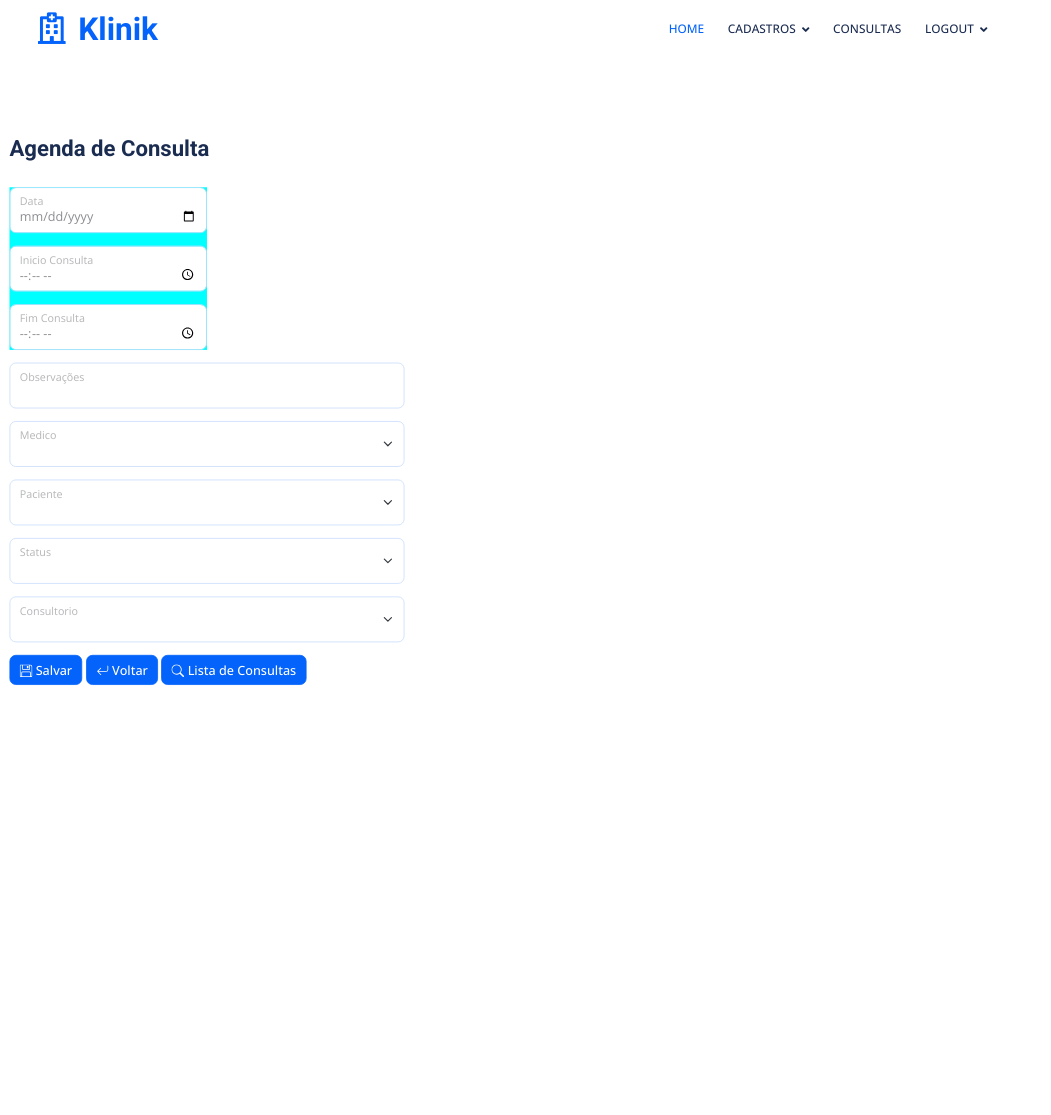
Repository: henrickrufino91/AgendaConsultas
Page: http://localhost/consulta/novaConsulta
The author's editor kept a copy of each file at every save. The page is drawn from the files as they stood at one save, then again after the next save.
The browser window is 1280 px wide. The page is 1331 px wide, so the pictures cover 1331 px, including what lies to the right of the window. The pictures show the whole page, at 79% of full size.
Some web libraries are served in a nearby version. The page is this project's Thymeleaf template; nobody is signed in. The template is opened directly, without the code that normally fills it, so the values that code supplies are empty.

Above is the page before, as saved 2024-12-27 03:54:32.

After the next save:
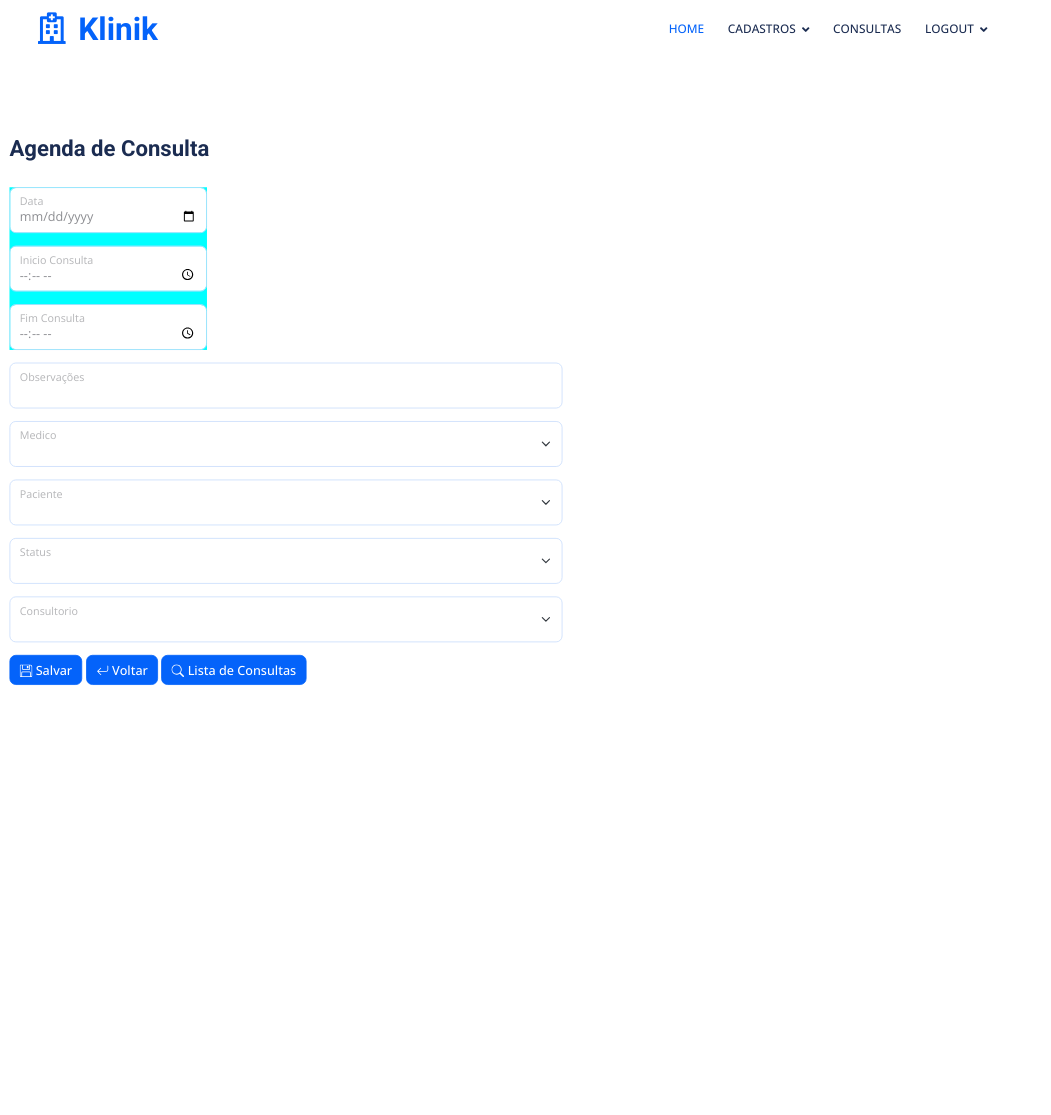
Saved 16 s later.
--- a/clinica/src/main/resources/templates/consulta/novaConsulta.html
+++ b/clinica/src/main/resources/templates/consulta/novaConsulta.html
@@ -130,7 +130,7 @@
 
                                             </div>
 
-                                            <div style="width: 500px">
+                                            <div style="width: 700px">
 
                                              <div class="form-floating mb-3" id="a1">
                                                 <input class="form-control" th:field="*{observacoes}" id="inputEmail" type="text" />
